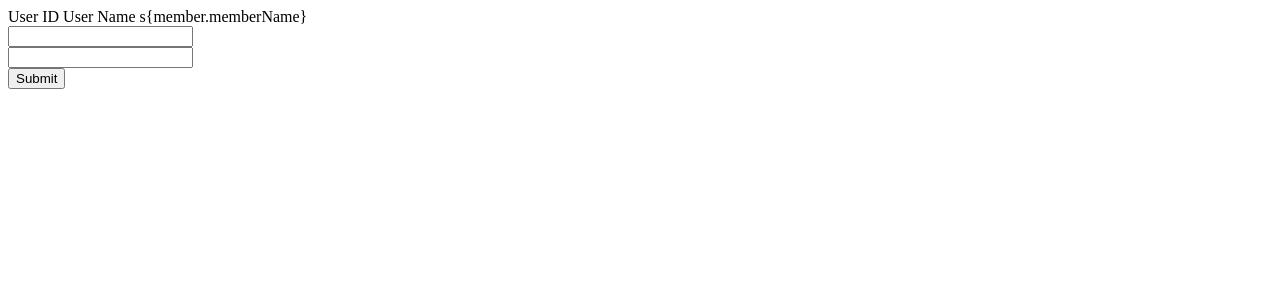
Repository: phileasFoggy22/PokeAPIAssessment
Page: http://localhost/pokeapi-pokemon/pages/Home.jsp
The author's editor kept a copy of each file at every save. The page is drawn from the files as they stood at one save, then again after the next save.
The browser window is 1280 px wide. The pictures show the whole page.
The page is served by Tomcat 9.

Above is the page before, as saved 2019-08-12 12:14:12.

After the next save:
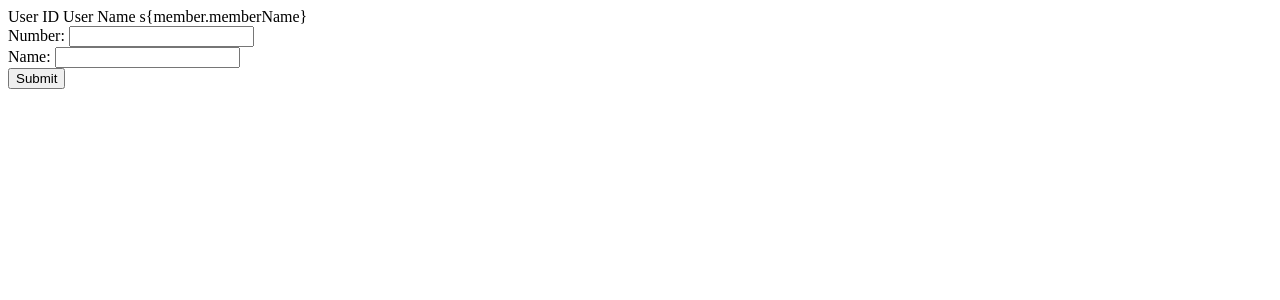
Saved 21 s later.
--- a/pokeapi-pokemon/src/main/webapp/pages/Home.jsp
+++ b/pokeapi-pokemon/src/main/webapp/pages/Home.jsp
@@ -11,8 +11,8 @@
 User Name s{member.memberName}
 
 <form action="addUser">
-<input type="text" name="memberNumber"><br>
-<input type="text" name="memberName"><br>
+Number: <input type="text" name="memberNumber"><br>
+Name: <input type="text" name="memberName"><br>
 <input type="submit">
 </form>
 
